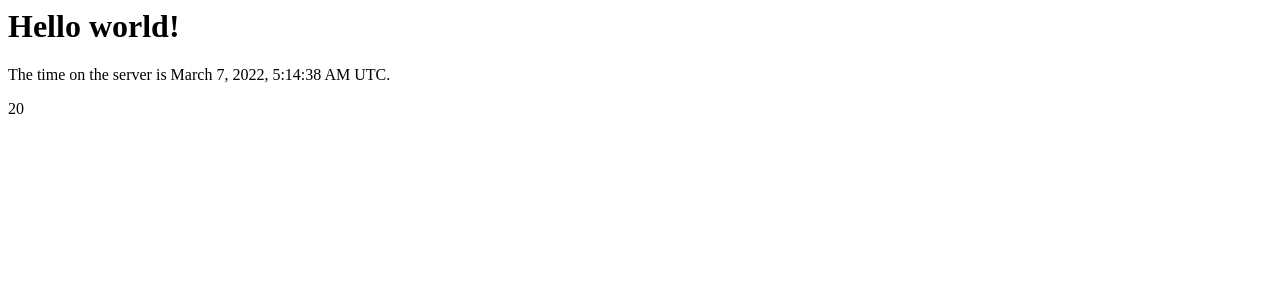
Repository: qkrgnsgml/springAtCollege
Page: http://localhost/Hello/
An editor plug-in stored every save of this project. The page is shown before and after the next save, followed by the edit.
The browser window is 1280 px wide. The pictures show the whole page.
The page is served by Tomcat 9. Other server files are loaded and not shown. The template is opened directly, without the code that normally fills it, so the values that code supplies are empty.

Above is the page before, as saved 2022-03-07 05:14:38.

### Hello/src/main/webapp/WEB-INF/views/home.jsp
<%@ taglib uri="http://java.sun.com/jsp/jstl/core" prefix="c" %>
<%@ page session="false" contentType="text/html; charset=UTF-8"%>
<html>
<head>
	<title>Home</title>
</head>
<body>
<h1>
	Hello world!
</h1>

<P>  The time on the server is ${serverTime}. </P>
<%
	int i=10;
	int j=10;
	int sum = i+j;
	out.print(sum);

%>
</body>
</html>

After the next save:
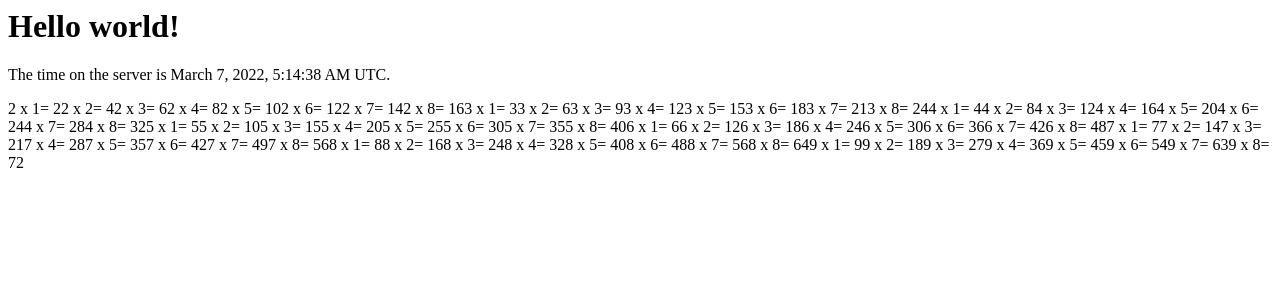
Saved 2 min 7 s later.
--- a/Hello/src/main/webapp/WEB-INF/views/home.jsp
+++ b/Hello/src/main/webapp/WEB-INF/views/home.jsp
@@ -11,10 +11,13 @@
 
 <P>  The time on the server is ${serverTime}. </P>
 <%
-	int i=10;
-	int j=10;
-	int sum = i+j;
-	out.print(sum);
+
+
+	for(int i =2; i<10;i++){
+		for(int j=1;j<9;j++){
+			out.print(i+" x "+j+"= "+i*j);
+		}
+	}
 
 %>
 </body>
